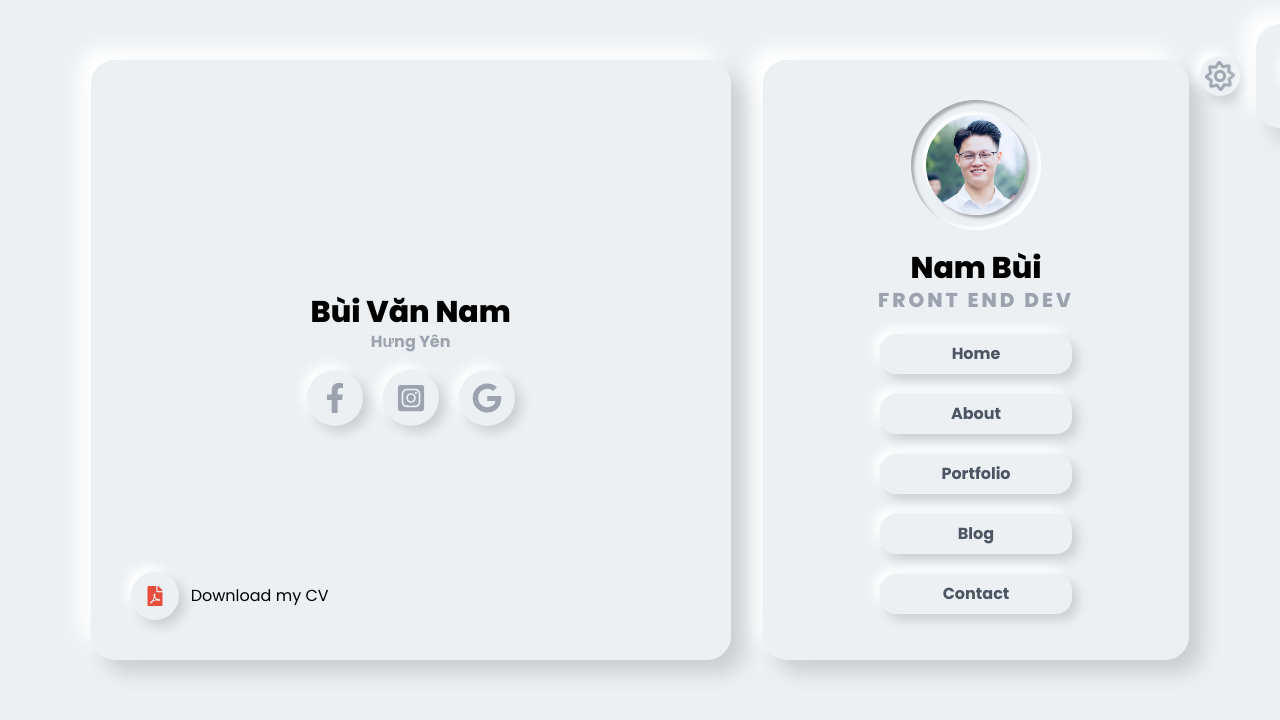
Repository: nambui98/profile_v2
Page: /contact
An editor plug-in stored every save of this project. The page is shown before and after the next save, followed by the edit.
The browser window is 1280 px wide. The pictures show the whole page.
The project was rebuilt for these pictures with package versions that can differ from the ones it lists, and the page was loaded fresh each time. Also part of the build but not shown: src/pages/home.tsx.

Above is the page before, as saved 2022-03-11 17:16:15.

### src/index.tsx
import React from 'react';
import ReactDOM from 'react-dom';
import './index.scss';
import App from './App';
import reportWebVitals from './reportWebVitals';
import { ThemeProvider } from './containers/ThemeContext';
import Background from './containers/Background';
import Toggle from './containers/ThemeToggle';
import Setting from './containers/Setting';
import { Example } from './components/menu/example';
import { BrowserRouter } from 'react-router-dom';

ReactDOM.render(
  <React.StrictMode>
    <BrowserRouter>
      <ThemeProvider>
        <Background>
          <div className="fixed right-0 top-0 mr-4 mt-2 md:mt-6 z-10">
            <Setting />
          </div>
          <Example />
          <App />
        </Background>
      </ThemeProvider>
    </BrowserRouter>
  </React.StrictMode>,
  document.getElementById('root')
);

// If you want to start measuring performance in your app, pass a function
// to log results (for example: reportWebVitals(console.log))
// or send to an analytics endpoint. Learn more: https://bit.ly/CRA-vitals
reportWebVitals();

### src/App.tsx
import React from 'react';
import { BrowserRouter as Router, Route, Link, NavLink, Routes, useLocation } from 'react-router-dom'
import { CSSTransition, TransitionGroup } from 'react-transition-group'
import Home from './pages/home'
import Contact from './pages/contact'
import './App.scss';

const routes = [
  { path: '*', name: 'Home', Component: <Home /> },
  { path: '/', name: 'Home', Component: <Home /> },
  { path: '/contact', name: 'Contact', Component: <Contact /> },
]
function App() {
  const location = useLocation();
  return (
    <TransitionGroup component={null}>
      <CSSTransition key={location.key} classNames="fade" timeout={300}>
        <Routes location={location}>
          {
            routes.map(({ path, Component }) => (<Route path={path} element={Component} />))
          }
        </Routes>
      </CSSTransition>
    </TransitionGroup>
  );
}

export default App;

### src/containers/ThemeContext/index.tsx
import React, { createContext, useContext } from 'react';
export enum Theme {
    Dark = 'Dark',
    Light = 'Light',
}

export type ThemeContextType = {
    theme: Theme;
    setTheme: (Theme: Theme) => void;
}
const getInitialTheme = () => {
    if (typeof window !== 'undefined' && window.localStorage) {
        const storedPrefs = window.localStorage.getItem('color-theme');
        if (typeof storedPrefs === 'string') {
            return storedPrefs;
        }

        const userMedia = window.matchMedia('(prefers-color-scheme: dark)');
        if (userMedia.matches) {
            return 'dark';
        }
    }

    return 'light' // light theme as the default;
};

export const ThemeContext = createContext<ThemeContextType>({ theme: Theme.Dark, setTheme: theme => console.warn('no theme provider') });
export const useTheme = () => useContext(ThemeContext);
export const ThemeProvider = ({ initialTheme, children }: any) => {
    const [theme, setTheme] = React.useState<any>(getInitialTheme);

    const rawSetTheme = (rawTheme: any) => {
        const root = window.document.documentElement;
        const isDark = rawTheme === 'dark';

        root.classList.remove(isDark ? 'light' : 'dark');
        root.classList.add(rawTheme);

        localStorage.setItem('color-theme', rawTheme);
    };

    if (initialTheme) {
        rawSetTheme(initialTheme);
    }

    React.useEffect(() => {
        rawSetTheme(theme);
    }, [theme]);

    return (
        <ThemeContext.Provider value={{ theme, setTheme }}>
            {children}
        </ThemeContext.Provider>
    );
};

### src/containers/Background/index.jsx
import React from 'react';

const Background = ({ children }) => {
    return (
        <body className="bg-app dark:bg-neutral-800 transition-all">
            {children}
        </body>
    )
}

export default Background;

### src/containers/Setting/index.jsx
import React, { useState } from 'react'
import { FaMoon, FaRegSun, FaSun } from 'react-icons/fa'
import colors from 'tailwindcss/colors'
import { ThemeContext } from '../ThemeContext';
import vietnamimg from '../../assets/img/vietnam.png'
import usaimg from '../../assets/img/united-states.png'
export default function Setting() {
    const { theme, setTheme } = React.useContext(ThemeContext);
    const [active, setActive] = useState(false)
    return (<div className={`relative transform duration-500 ${active ? "translate-x-0" : "translate-x-40"}`}>
        <button className="btn-shadow dark:btn-shadow-dark-50 bg-app dark:bg-neutral-800 setting -left-56 top-8 rounded-full text-center w-10 h-10" onClick={() => setActive(!active)}>
            <FaRegSun class="animate-spin duration-1000 text-3xl" style={{ animationDuration: "2s" }} fill={colors.coolGray[400]} />
        </button>
        <div className={`absolute top-0 right-0 rounded-3xl flex justify-between p-7 shadow-3xl bg-app dark:bg-neutral-800 dark:shadow-3xl-dark`} >
            {/* <div className={`absolute `}> */}

            <button className="mr-2 btn-shadow dark:btn-shadow-dark-50 btn-setting rounded-full text-center w-12 h-12" onClick={() => setTheme(theme === 'dark' ? 'light' : 'dark')}>
                {theme === 'dark' ? (
                    <FaSun
                        className="text-gray-500 dark:text-gray-400 text-2xl cursor-pointer dark"
                    />
                ) : (
                    <FaMoon
                        className="text-gray-500 dark:text-gray-400 text-2xl cursor-pointer light"
                    />
                )}
            </button>
            <button className="ml-2 btn-setting rounded-full text-center w-12 h-12">
                <img src={vietnamimg} alt="" />
                {/* <FaRegSun class="animate-spin duration-1000 text-3xl" style={{ animationDuration: "2s" }} fill={colors.coolGray[400]} /> */}
            </button>
            {/* </div> */}
        </div>
    </div>
    )
}

### src/components/menu/example.jsx
import * as React from "react";
import { useRef } from "react";
import { motion, useCycle } from "framer-motion";
import { useDimensions } from "./use-dimentions";
import { MenuToggle } from "./menuToggle";
import { Navigation } from "./navigation";
import "./styles.scss"

const sidebar = {
  open: (height = 1000) => ({
    clipPath: `circle(${height * 2 + 200}px at 40px 40px)`,
    transition: {
      type: "spring",
      stiffness: 20,
      restDelta: 2
    }
  }),
  closed: {
    clipPath: "circle(30px at 40px 40px)",
    transition: {
      delay: 0.5,
      type: "spring",
      stiffness: 400,
      damping: 40
    }
  }
};

export const Example = () => {
  const [isOpen, toggleOpen] = useCycle(false, true);
  const containerRef = useRef(null);
  const { height } = useDimensions(containerRef);

  return (
    <motion.nav
      initial={false}
      animate={isOpen ? "open" : "closed"}
      custom={height}
      className="menu dark:menu-dark sm:block md:hidden"
      ref={containerRef}
    >
      <motion.div className="background" variants={sidebar} />
      <Navigation />
      <MenuToggle toggle={() => toggleOpen()} />
    </motion.nav>
  );
};

### src/pages/contact.tsx
import React from 'react';
import { Routes, Route, Link, useLocation } from "react-router-dom";
import { FaFacebookF, FaFilePdf, FaGoogle, FaInstagram, FaInstagramSquare, FaPrint, FaRegSun } from "react-icons/fa";

import { Avatar } from '../assets';
const colors = require('tailwindcss/colors')

export default function contact() {
    return (
        <div className="flex h-screen w-screen items-center justify-center">
            <div className="flex w-full items-start justify-center" style={{ height: "600px" }}>
                <div className="relative rounded-3xl md:w-6/12 sm:w-10/12 smx:w-10/12 p-6 h-full mx-4 bg-app dark:bg-neutral-800 shadow-3xl dark:shadow-3xl-dark flex justify-center items-center flex-col">
                    <h1 className="text-black dark:text-white text-3xl text-center font-extrabold">Bùi Văn Nam</h1>
                    <p className="text-gray-400 dark:text-white tracking-widest font-bold">Hưng Yên</p>
                    <div className="flex mt-4">
                        <a href='https://www.facebook.com/songoku.bui/' target="_blank" rel="noreferrer" className="btn-shadow dark:btn-shadow-dark fb rounded-full text-center w-14 h-14"><FaFacebookF className="text-3xl" fill={colors.coolGray[400]} /></a>
                        <a href='https://www.instagram.com/nambui27/' target="_blank" rel="noreferrer" className="btn-shadow dark:btn-shadow-dark itg rounded-full text-center w-14 h-14 mx-5"><FaInstagramSquare className="text-3xl" fill={colors.coolGray[400]} /></a>
                        <a href='mailto:bvnam98@gmail.com' target="_blank" rel="noreferrer" className="btn-shadow dark:btn-shadow-dark gg rounded-full text-center w-14 h-14"><FaGoogle className="text-3xl" fill={colors.coolGray[400]} /></a>
                    </div>
                    <div className="absolute bottom-10 2xl:right-20 2xl:left-20 md:right-10 md:left-10 flex items-center justify-between">
                        <span className="flex items-center">
                            <a
                                href='/cv.pdf'
                                className="btn-shadow dark:btn-shadow-dark rounded-full text-center w-12 h-12"
                            ><FaFilePdf className="text-xl" fill={"#e74c3c"} />
                            </a>
                            <span className="ml-3 dark:text-white">Download my CV</span></span>
                        {/* <span className="flex flex-row-reverse items-center" ><button onClick={() => print('cv.pdf')} className="btn-shadow dark:btn-shadow-dark rounded-full text-center w-12 h-12"><FaPrint className="text-xl" fill={"#e74c3c"} /></button><span className="mr-3 dark:text-white">Print my resume</span></span> */}
                    </div>
                </div>
                <div className="rounded-3xl w-4/12 md:flex sm:hidden smx:hidden h-full mx-4 bg-app shadow-3xl dark:bg-neutral-800 dark:shadow-3xl-dark flex items-center flex-col py-10 px-6">
                    <div className="wrap-avatar dark:wrap-avatar-dark">
                        <div className="avatar">
                            <img src={Avatar} alt="" />
                        </div>
                    </div>
                    <h1 className="text-black dark:text-white font-extrabold tracking-widest text-3xl mt-5">Nam Bùi</h1>
                    <h1 className="text-gray-400 dark:text-white font-extrabold tracking-max text-xl">FRONT END DEV</h1>
                    <ul>
                        <li className="text-gray-600 dark:text-white font-bold btn-shadow dark:btn-shadow-dark w-48 h-10 rounded-2xl mt-5">Home</li>
                        <li className="text-gray-600 dark:text-white font-bold btn-shadow dark:btn-shadow-dark w-48 h-10 rounded-2xl mt-5">About</li>
                        <li className="text-gray-600 dark:text-white font-bold btn-shadow dark:btn-shadow-dark w-48 h-10 rounded-2xl mt-5"><a href="https://namportfolio.netlify.app/" target="_blank" rel="noreferrer">Portfolio</a> </li>
                        <li className="text-gray-600 dark:text-white font-bold btn-shadow dark:btn-shadow-dark w-48 h-10 rounded-2xl mt-5"><a href="https://web3-blog.netlify.app/" target="_blank" rel="noreferrer">Blog</a> </li>
                        <li className="text-gray-600 dark:text-white font-bold btn-shadow dark:btn-shadow-dark w-48 h-10 rounded-2xl mt-5"><Link to="/contact">Contact</Link> </li>
                    </ul>
                </div>

            </div>
        </div>
    )
}

### src/components/menu/menuToggle.jsx
import * as React from "react";
import { motion } from "framer-motion";
import { ThemeContext } from "../../containers/ThemeContext";

const Path = props => {
  const { theme, setTheme } = React.useContext(ThemeContext);
  return (

    <motion.path
      fill=""
      strokeWidth="3"
      stroke={theme === 'dark' ? "#fff" : "#262626"}
      strokeLinecap="round"
      {...props}
    />
  )
};

export const MenuToggle = ({ toggle }) => (
  <button onClick={toggle} className="btn-shadow dark:btn-shadow-dark t-8">
    <svg width="23" height="23" viewBox="0 0 23 23" fill="#fff">
      <Path
        fill="#fff"
        variants={{
          closed: { d: "M 2 2.5 L 20 2.5" },
          open: { d: "M 3 16.5 L 17 2.5" }
        }}
      />
      <Path
        d="M 2 9.423 L 20 9.423"
        variants={{
          closed: { opacity: 1 },
          open: { opacity: 0 }
        }}
        transition={{ duration: 0.1 }}
      />
      <Path
        variants={{
          closed: { d: "M 2 16.346 L 20 16.346" },
          open: { d: "M 3 2.5 L 17 16.346" }
        }}
      />
    </svg>
  </button>
);

### src/components/menu/navigation.jsx
import * as React from "react";
import { motion } from "framer-motion";
import { MenuItem } from "./menuItem";

const variants = {
  open: {
    transition: { staggerChildren: 0.07, delayChildren: 0.2 }
  },
  closed: {
    transition: { staggerChildren: 0.05, staggerDirection: -1 }
  }
};

export const Navigation = () => (
  <motion.ul className="" variants={variants}>
    {itemIds.map((item, index) => (
      <MenuItem i={index} key={index} item={item} />
    ))}
  </motion.ul>
);

const itemIds = [
  {
    path: "/",
    name: "Home"
  },
  {
    path: "/",
    name: "About"
  },
  {
    path: "/",
    name: "Portfolio"
  },
  {
    path: "/",
    name: "Blog"
  },
  {
    path: "/",
    name: "Contact"
  },
];

### src/components/menu/styles.scss
@tailwind base;
@tailwind components;
@tailwind utilities;
@layer utilities {

  .menu{
      nav {
        position: absolute;
        top: 0;
        left: 0;
        bottom: 0;
        width: 300px;

      }
      &-dark{
        .background{

          background: #262626;

          box-shadow: 3px 3px 8px #202020,-3px -3px 8px #2c2c2c ;
        }
        button{
          box-shadow: 5px 5px 10px #202020,
                  -5px -5px 10px #2c2c2c;
          // color:#fff
          background: #262626;
        }
      }
      .background {
        position: absolute;
        top: 0;
        left: 0;
        bottom: 0;
        z-index: 1;
        width: 300px;
        background: #ecf0f3;

        box-shadow: 3px 3px 8px #b1b1b1,
                  -3px -3px 8px #fff;

      }

      button {
        outline: none;
        box-shadow: 3px 3px 8px #b1b1b1,
                  -3px -3px 8px #fff;
        border: none;
        -webkit-user-select: none;
        -moz-user-select: none;
        -ms-user-select: none;
        cursor: pointer;
        position: absolute;
        // top: 18px;
        left: 15px;
        width: 50px;
        height: 50px;
        border-radius: 50%;
        z-index: 2;
        background: #ecf0f3;
        display: flex;
        align-items: center;
        justify-content: center;
      }

      ul,
      li {
        margin: 0;
        padding: 0;
      }

      ul {
        padding: 25px;
        position: absolute;
        top: 100px;
        width: 230px;
        z-index: 2;
      }

      li {
        list-style: none;
        margin-bottom: 20px;
        display: flex;
        align-items: center;
        cursor: pointer;
      }

      .icon-placeholder {
        width: 40px;
        height: 40px;
        border-radius: 50%;
        flex: 40px 0;
        margin-right: 20px;
      }

      .text-placeholder {
        border-radius: 5px;
        width: 200px;
        padding: 8px 20px;
        flex: 1;
      }

      .refresh {
        padding: 10px;
        position: absolute;
        background: rgba(0, 0, 0, 0.4);
        border-radius: 10px;
        width: 20px;
        height: 20px;
        top: 10px;
        right: 10px;
        display: flex;
        justify-content: center;
        align-items: center;
        cursor: pointer;
      }

  }
}

### src/assets/index.ts
import Avatar from './img/Logo.jpg'
export {
    Avatar
}

### src/components/menu/menuItem.jsx
import * as React from "react";
import { motion } from "framer-motion";

const variants = {
  open: {
    y: 0,
    opacity: 1,
    transition: {
      y: { stiffness: 1000, velocity: -100 }
    }
  },
  closed: {
    y: 50,
    opacity: 0,
    transition: {
      y: { stiffness: 1000 }
    }
  }
};

const colors = ["#FF008C", "#D309E1", "#9C1AFF", "#7700FF", "#4400FF"];

export const MenuItem = ({ i, item }) => {
  const style = { border: `2px solid ${colors[i]}` };
  return (
    <motion.li
      variants={variants}
      whileHover={{ scale: 1.1 }}
      whileTap={{ scale: 0.95 }}
    >
      {/* <div className="icon-placeholder" style={style} /> */}
      <div className="text-placeholder" style={style}>{item.name}</div>
    </motion.li>
  );
};

Loaded but not shown: public/index.html (common file); src/reportWebVitals.ts (common file); src/components/menu/use-dimentions.js (common file); src/App.scss (common file); tailwind.config.js (37 lines, source omitted); src/index.scss (338 lines, source omitted)

After the next save:
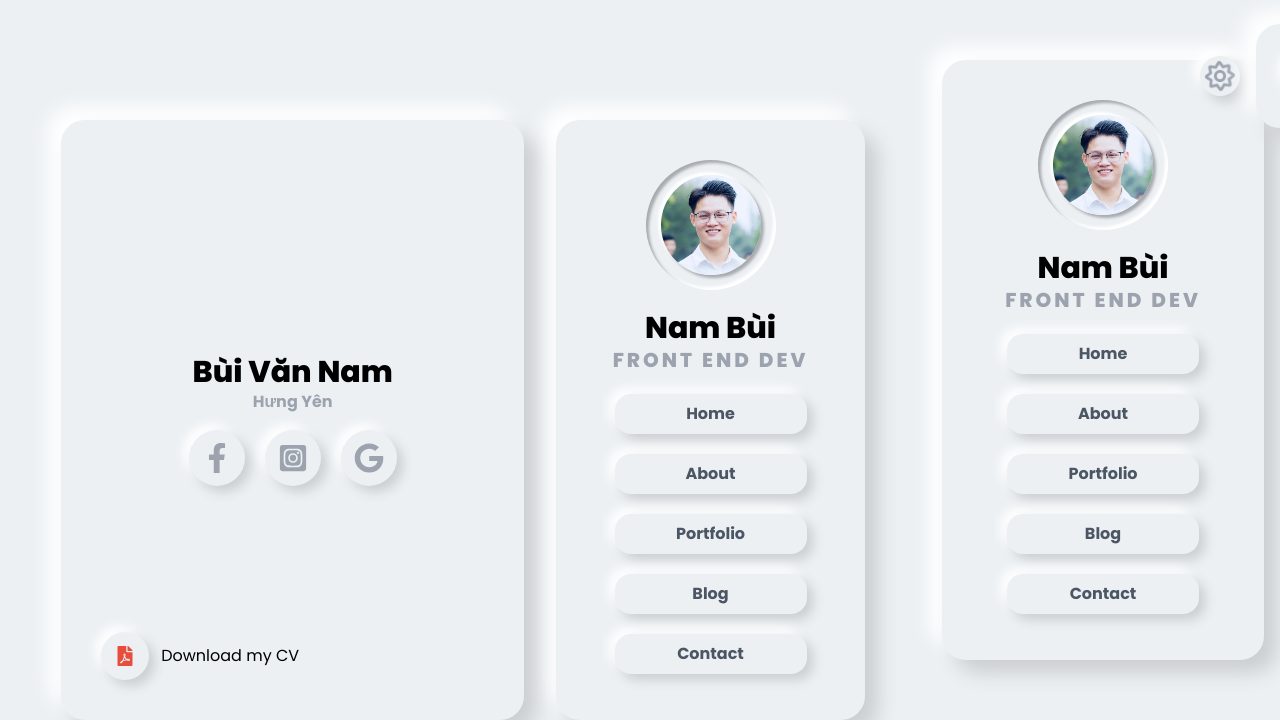
Saved 110 s later.
--- a/src/App.tsx
+++ b/src/App.tsx
@@ -3,6 +3,8 @@ import { BrowserRouter as Router, Route, Link, NavLink, Routes, useLocation } fr
 import { CSSTransition, TransitionGroup } from 'react-transition-group'
 import Home from './pages/home'
 import Contact from './pages/contact'
+import { Avatar } from './assets';
+
 import './App.scss';
 
 const routes = [
@@ -14,13 +16,37 @@ function App() {
   const location = useLocation();
   return (
     <TransitionGroup component={null}>
-      <CSSTransition key={location.key} classNames="fade" timeout={300}>
-        <Routes location={location}>
-          {
-            routes.map(({ path, Component }) => (<Route path={path} element={Component} />))
-          }
-        </Routes>
-      </CSSTransition>
+
+      <div className="App">
+        <div className="flex h-screen w-screen items-center justify-center">
+          <div className="flex w-full items-start justify-center" style={{ height: "600px" }}>
+            <CSSTransition key={location.key} classNames="fade" timeout={300}>
+              <Routes location={location}>
+                {
+                  routes.map(({ path, Component }) => (<Route path={path} element={Component} />))
+                }
+              </Routes>
+            </CSSTransition>
+            <div className="rounded-3xl w-4/12 md:flex sm:hidden smx:hidden h-full mx-4 bg-app shadow-3xl dark:bg-neutral-800 dark:shadow-3xl-dark flex items-center flex-col py-10 px-6">
+              <div className="wrap-avatar dark:wrap-avatar-dark">
+                <div className="avatar">
+                  <img src={Avatar} alt="" />
+                </div>
+              </div>
+              <h1 className="text-black dark:text-white font-extrabold tracking-widest text-3xl mt-5">Nam Bùi</h1>
+              <h1 className="text-gray-400 dark:text-white font-extrabold tracking-max text-xl">FRONT END DEV</h1>
+              <ul>
+                <li className="text-gray-600 dark:text-white font-bold btn-shadow dark:btn-shadow-dark w-48 h-10 rounded-2xl mt-5">Home</li>
+                <li className="text-gray-600 dark:text-white font-bold btn-shadow dark:btn-shadow-dark w-48 h-10 rounded-2xl mt-5">About</li>
+                <li className="text-gray-600 dark:text-white font-bold btn-shadow dark:btn-shadow-dark w-48 h-10 rounded-2xl mt-5"><a href="https://namportfolio.netlify.app/" target="_blank" rel="noreferrer">Portfolio</a> </li>
+                <li className="text-gray-600 dark:text-white font-bold btn-shadow dark:btn-shadow-dark w-48 h-10 rounded-2xl mt-5"><a href="https://web3-blog.netlify.app/" target="_blank" rel="noreferrer">Blog</a> </li>
+                <li className="text-gray-600 dark:text-white font-bold btn-shadow dark:btn-shadow-dark w-48 h-10 rounded-2xl mt-5"><Link to="/contact">Contact</Link> </li>
+              </ul>
+            </div>
+
+          </div>
+        </div>
+      </div>
     </TransitionGroup>
   );
 }
